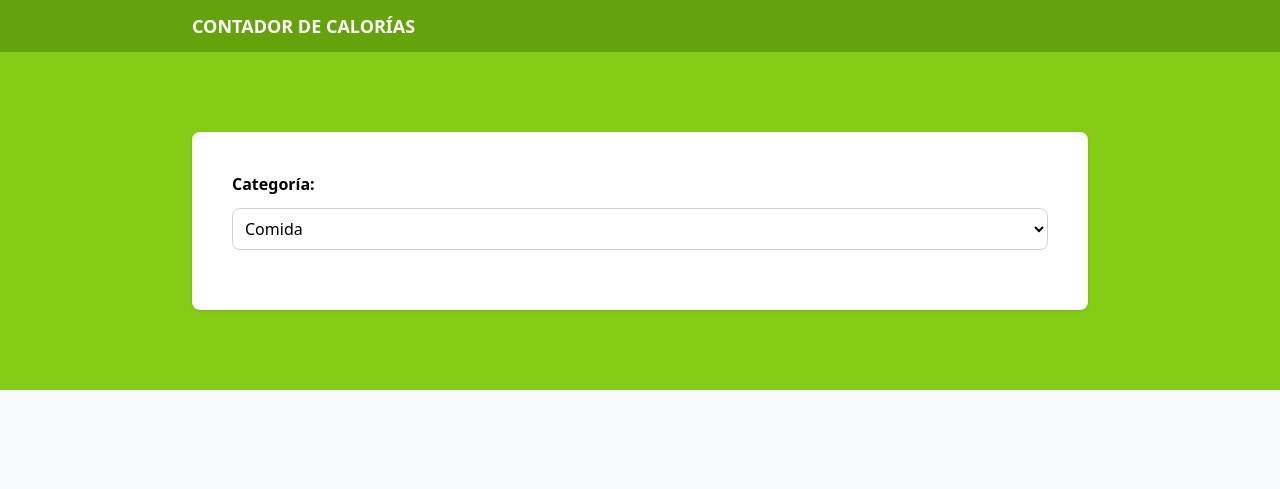
Repository: Samuel-Leal96/contador-calorias-react
Page: /
The author's editor kept a copy of each file at every save. The page is drawn from the files as they stood at one save, then again after the next save.
The browser window is 1280 px wide. The pictures show the whole page.
The project was rebuilt for these pictures with package versions that can differ from the ones it lists, and the page was loaded fresh each time. Also part of the build but not shown: vite.config.ts.

Above is the page before, as saved 2025-10-25 15:53:25.

### index.html
<!doctype html>
<html lang="en">
  <head>
    <meta charset="UTF-8" />
    <link rel="icon" type="image/svg+xml" href="/vite.svg" />
    <meta name="viewport" content="width=device-width, initial-scale=1.0" />
    <title>Contador de calorias - React y typescript</title>
  </head>
  <body class="bg-gray-50">
    <div id="root"></div>
    <script type="module" src="/src/main.tsx"></script>
  </body>
</html>

### src/App.tsx
import Form from "./components/Form"


function App() {

  return (
    <>
      <header className="bg-lime-600 py-3">
        <div className="max-w-4xl mx-auto flex justify-between">
          <h1 className="text-center text-lg font-bold text-white uppercase">
            Contador de calorías
          </h1>
        </div>
      </header>


      <section className="bg-lime-500 py-20 px-5">
        <div className="max-w-4xl mx-auto">
          <Form/>
        </div>
      </section>
    </>
  )
}

export default App

### src/components/Form.tsx
import { categories } from "../data/categories"

export default function
() {
  return (
    <div>
        <form
          className="space-y-5 bg-white shadow p-10 rounded-lg"
        >
          <div className="grid grid-cols-1 gap-3" >

          <label htmlFor="" className="font-bold">Categoría:</label>

          <select
            className="border border-slate-300 p-2 rounded-lg w-full bg-white"
            id="category"
          >
            {categories.map(category => (
              <option
                key={category.id}
                value={category.id}
              >
                {category.name}
              </option>
            ))}
          </select>

          </div>

          <div className="grid grid-cols-1 gap-3" ></div>


        </form>
    </div>
  )
}

### src/data/categories.tsx
import type { Category } from "../types"

export const categories : Category[] = [
    { id: 1, name: 'Comida' },
    { id: 2, name: 'Ejercicio' }
]

Loaded but not shown: src/main.tsx (common file); src/index.css (common file); tailwind.config.js (common file)

After the next save:
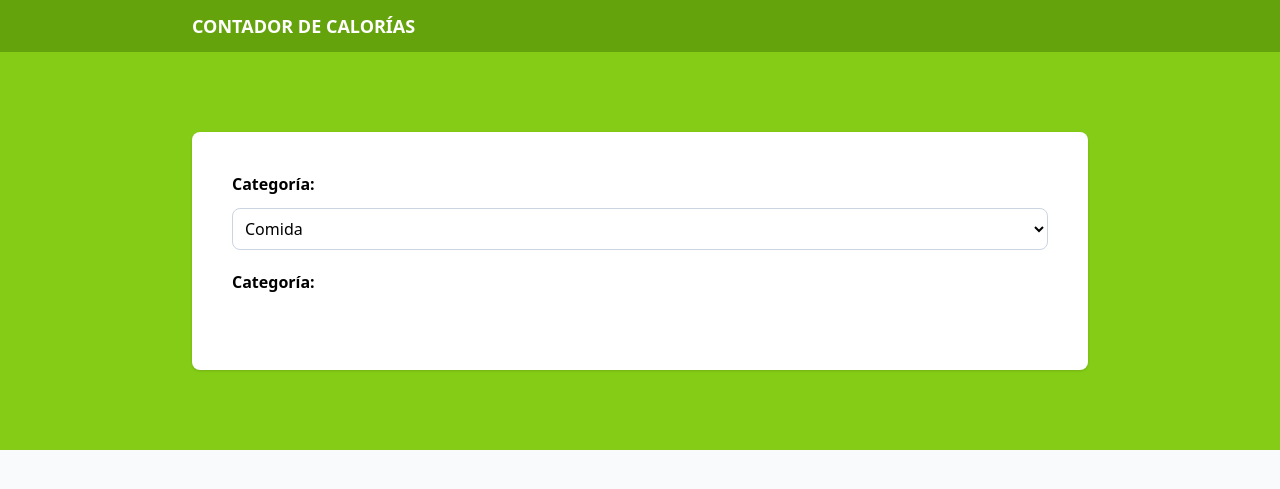
Saved 4 min 6 s later.
--- a/src/components/Form.tsx
+++ b/src/components/Form.tsx
@@ -1,15 +1,15 @@
 import { categories } from "../data/categories"
 
 export default function
-() {
+  () {
   return (
     <div>
-        <form
-          className="space-y-5 bg-white shadow p-10 rounded-lg"
-        >
-          <div className="grid grid-cols-1 gap-3" >
+      <form
+        className="space-y-5 bg-white shadow p-10 rounded-lg"
+      >
+        <div className="grid grid-cols-1 gap-3" >
 
-          <label htmlFor="" className="font-bold">Categoría:</label>
+          <label htmlFor="category" className="font-bold">Categoría:</label>
 
           <select
             className="border border-slate-300 p-2 rounded-lg w-full bg-white"
@@ -25,12 +25,20 @@ export default function
             ))}
           </select>
 
-          </div>
+        </div>
 
-          <div className="grid grid-cols-1 gap-3" ></div>
+        <div className="grid grid-cols-1 gap-3" >
+          <label htmlFor="activity" className="font-bold">Categoría:</label>
+
+          <input
+            id="activity"
+          >
+          </input>
+
+        </div>
 
 
-        </form>
+      </form>
     </div>
   )
 }
